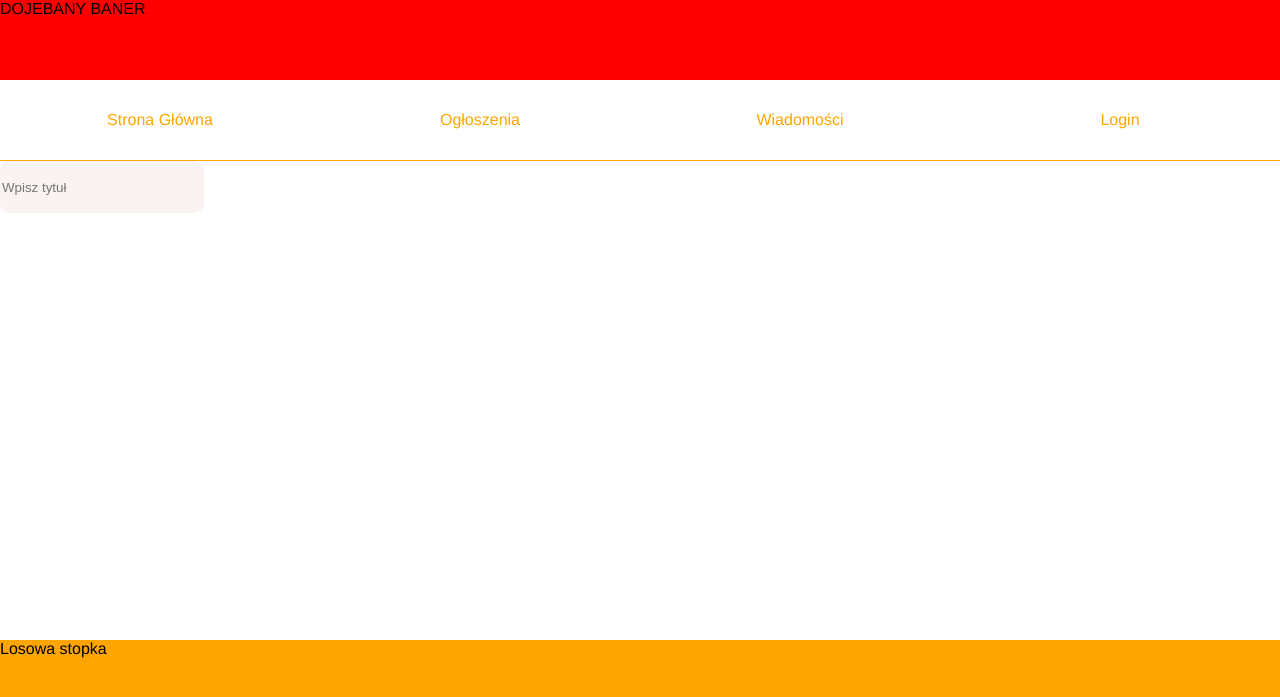
Repository: PatrykStawik/projectppz
Page: /ogloszenia/dodaj-ogloszenie
The author's editor kept a copy of each file at every save. The page is drawn from the files as they stood at one save, then again after a run of saves.
The browser window is 1280 px wide. The pictures show the whole page.
The project was rebuilt for these pictures with package versions that can differ from the ones it lists, and the page was loaded fresh each time. The framework's server and built-in components were replaced by stand-ins that run in the browser.

Above is the page before, as saved 2021-05-26 12:26:07.

After the next 2 saves:
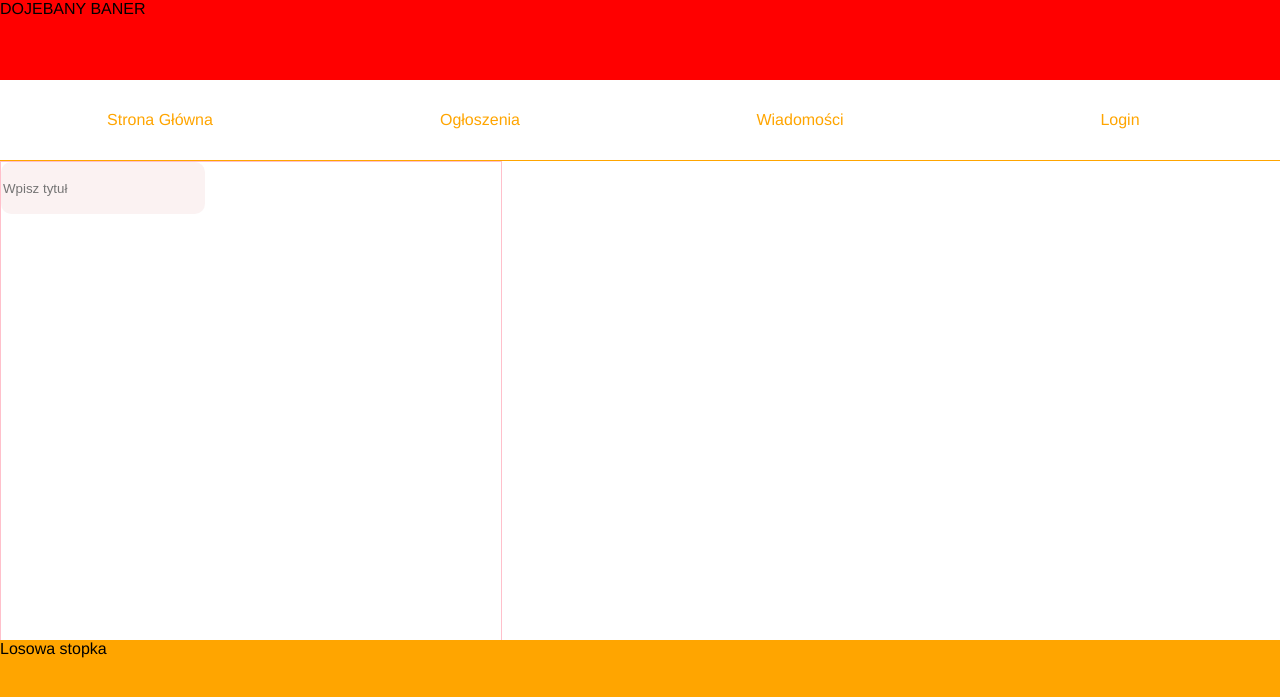
The 2 saves are shown as one change because they came seconds apart.
The last was saved 9 s later.
--- a/components/AddAdvertisementPage/AddAdvertisementPage.tsx
+++ b/components/AddAdvertisementPage/AddAdvertisementPage.tsx
@@ -5,7 +5,7 @@ import { Input } from '../common/Input';
 const Wrapper = styled.div`
 width: 500px;
 height: 500px;
-
+border: 1px solid pink;
   input{
     width: 200px;
   }
